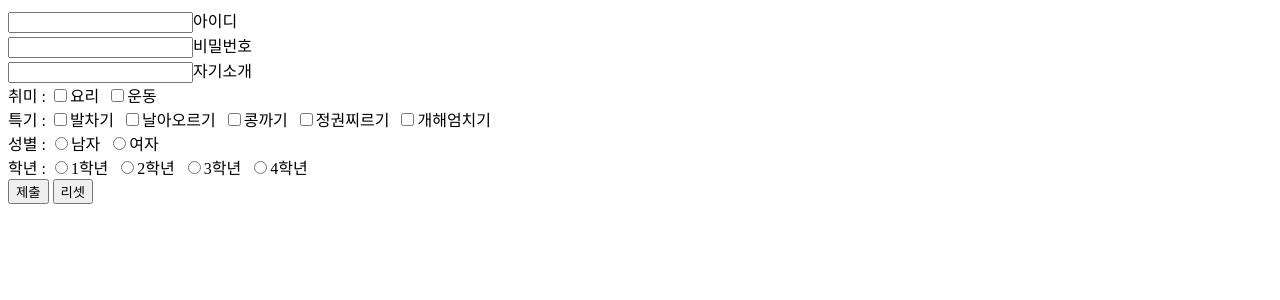
Repository: hanbeen03/javabasic
Page: http://localhost/JSPBasic/01-request/req_param_send.jsp
An editor plug-in stored every save of this project. The page is shown before and after the next save, followed by the edit.
The browser window is 1280 px wide. The pictures show the whole page.
The page is served by Tomcat 9.

Above is the page before, as saved 2021-07-30 06:07:08.

After the next save:
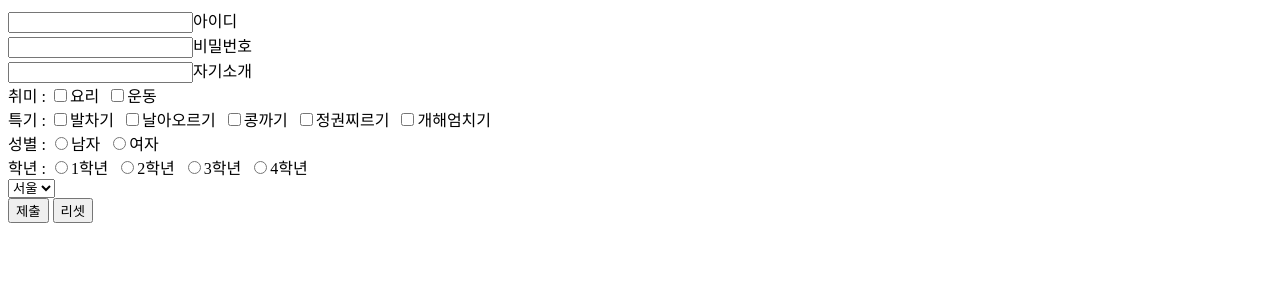
Saved 21 min 1 s later.
--- a/JSPBasic/WebContent/01-request/req_param_send.jsp
+++ b/JSPBasic/WebContent/01-request/req_param_send.jsp
@@ -41,6 +41,18 @@
 		<input type="radio" name="grade" value="4학년" />4학년&nbsp;
 		<br/>
 
+		<!-- select태그는 선택지를 드롭박스로 줍니다. -->
+		<select name="region">
+			<option>서울</option>
+			<option>경기</option>
+			<option>충청</option>
+			<option>전라</option>
+			<option>경상</option>
+			<option>강원</option>
+			<option>제주</option>
+		</select>
+		<br/>
+
 		<input type="submit" value="제출"/>
 		<input type="reset" value="리셋"/>
 
